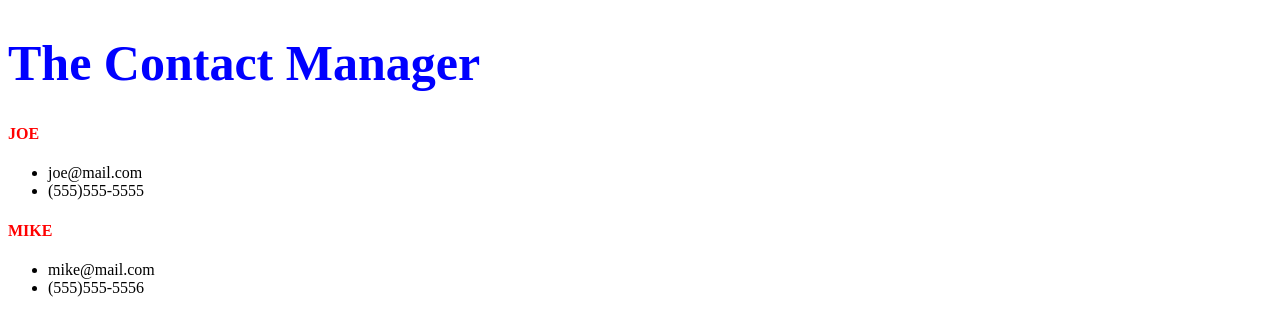
Repository: MikeTroianello/Contact-Manager
Page: /test
These files come from the project's save history. The page is drawn as it stood at one moment and after the next save; the edit follows.
The browser window is 1280 px wide. The pictures show the whole page.
The project was rebuilt for these pictures with package versions that can differ from the ones it lists, and the page was loaded fresh each time. Also part of the build but not shown: src/App.css.

Above is the page before, as saved 2019-05-19 00:10:33.

### src/App.js
import React from "react";
import Contact from "./components/Contact";
import "./App.css";
import Header from "./components/Header";

function App() {
  return (
    <div className="App">
      <Header branding="The Contact Manager" />
      <Contact name="Joe" email="joe@mail.com" phone="(555)555-5555" />
      <Contact name="Mike" email="mike@mail.com" phone="(555)555-5556" />
    </div>
  );
}

export default App;

### src/components/Contact.js
import React, { Component } from "react";
import PropTypes from "prop-types";
import "./contact.css";

class Contact extends Component {
  render() {
    const { name, email, phone } = this.props;
    return (
      <div>
        <h4>{name}</h4>
        <ul>
          <li>{email}</li>
          <li>{phone}</li>
        </ul>
      </div>
    );
  }
}

Contact.propTypes = {
  name: PropTypes.string.isRequired,
  email: PropTypes.string.isRequired,
  phone: PropTypes.string.isRequired
};

export default Contact;

### src/components/Header.js
import React from "react";
import PropTypes from "prop-types";

const Header = props => {
  const { branding } = props;
  return (
    <div>
      <h1 style={headingStyle}>{branding}</h1>
    </div>
  );
};

Header.defaultProps = {
  branding: "My App"
};

Header.propTypes = {
  branding: PropTypes.string.isRequired
};

const headingStyle = {
  color: "blue",
  fontSize: "50px"
};

export default Header;

### src/components/contact.css
h4 {
  color: red;
  text-transform: uppercase;
}

Loaded but not shown: src/index.js (common file); src/serviceWorker.js (common file)

After the next save:
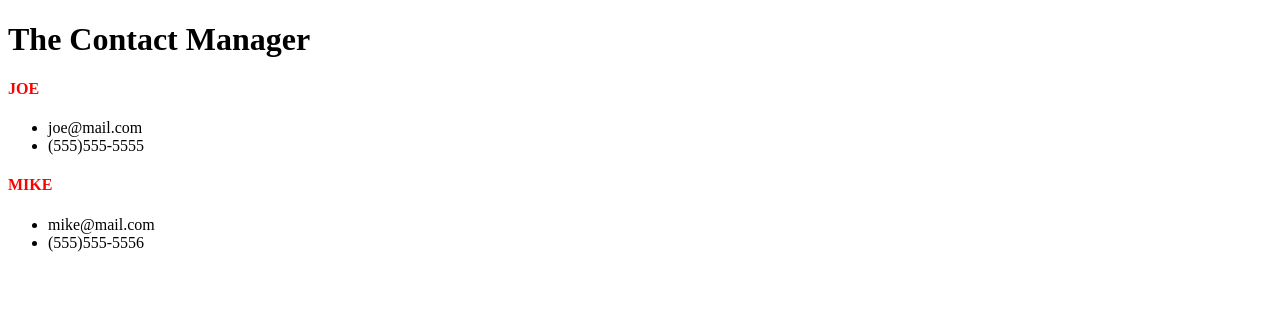
Saved 2 min 22 s later.
--- a/src/components/Header.js
+++ b/src/components/Header.js
@@ -5,7 +5,7 @@ const Header = props => {
   const { branding } = props;
   return (
     <div>
-      <h1 style={headingStyle}>{branding}</h1>
+      <h1>{branding}</h1>
     </div>
   );
 };
